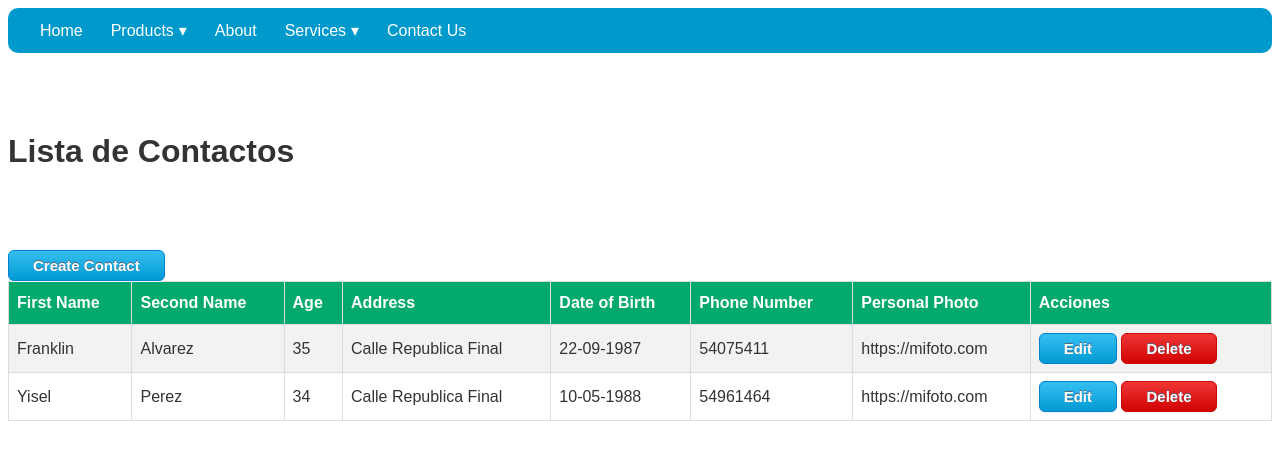
Repository: fgala1619/frontSistGestionBank
Page: index.html
The author's editor kept a copy of each file at every save. The page is drawn from the files as they stood at one save, then again after the next save.
The browser window is 1280 px wide. The pictures show the whole page.

Above is the page before, as saved 2023-07-26 13:37:04.

### index.html
<link rel="stylesheet" href="style.css" />
<link rel="stylesheet" href="menu.css" />

<nav id='menu'>
  <input type='checkbox' id='responsive-menu' onclick='updatemenu()'><label></label>
  <ul>
    <li><a href='http://'>Home</a></li>
    <li><a class='dropdown-arrow' href='http://'>Products</a>
      <ul class='sub-menus'>
        <li><a href='http://'>Products 1</a></li>
        <li><a href='http://'>Products 2</a></li>
        <li><a href='http://'>Products 3</a></li>
        <li><a href='http://'>Products 4</a></li>
      </ul>
    </li>
    <li><a href='http://'>About</a></li>
    <li><a class='dropdown-arrow' href='http://'>Services</a>
      <ul class='sub-menus'>
        <li><a href='http://'>Services 1</a></li>
        <li><a href='http://'>Services 2</a></li>
        <li><a href='http://'>Services 3</a></li>
      </ul>
    </li>
    <li><a href='http://'>Contact Us</a></li>
  </ul>
</nav>




<h1>Lista de Contactos</h1>

<a onclick="createContact()" href="#" class="myButton">Create Contact</a>

<table id="customers">
    <tr>
        <th>First Name</th>
        <th>Second Name</th>
        <th>Age</th>
        <th>Address</th>
        <th>Date of Birth</th>
        <th>Phone Number</th>
        <th>Personal Photo</th>
        <th>Acciones</th>
    </tr>

    <tr>
        <td>Franklin</td>
        <td>Alvarez</td>
        <td>35</td>
        <td>Calle Republica Final</td>
        <td>22-09-1987</td>
        <td>54075411</td>
        <td>https://mifoto.com</td>
        <td>
            <a href="#" class="myButton">Edit</a>
            <a href="#" class="btnDelete">Delete</a>
        </td>
    </tr>

    <tr>
        <td>Yisel</td>
        <td>Perez</td>
        <td>34</td>
        <td>Calle Republica Final</td>
        <td>10-05-1988</td>
        <td>54961464</td>
        <td>https://mifoto.com</td>
        <td>
            <a href="#" class="myButton">Edit</a>
            <a href="#" class="btnDelete">Delete</a>
        </td>
    </tr>
</table>


<!-- Modal -->
<div id="modal" class="modale" aria-hidden="true">
  <div class="modal-dialog">
    <div class="modal-header">
      <h2>Please Login</h2>
      <a onclick="cerrarModal()" href="#" class="btn-close closemodale" aria-hidden="true">&times;</a>
    </div>
    <div class="modal-body">
      <input type="text" name="u" placeholder="User" size="20" /><br>
      <input type="text" name="p" placeholder="&bull;&bull;&bull;&bull;" size="20" /></div>
    <div class="modal-footer">


      <a href="#" class="btn" id="btn_ingresar">Login</a>
    </div>
  </div>
</div>
<!-- /Modal -->


<script>
    function createContact(){
        htmlModal = document.getElementById("modal");
        htmlModal.setAttribute("class", "modale opened");
    }

    function cerrarModal(){
        htmlModal = document.getElementById("modal");
        htmlModal.setAttribute("class", "modale");
    }
</script>

### style.css
#customers {
        font-family: Arial, Helvetica, sans-serif;
        border-collapse: collapse;
        width: 100%;
    }

    #customers td, #customers th {
        border: 1px solid #ddd;
        padding: 8px;
    }

    #customers tr:nth-child(even){background-color: #f2f2f2;}
    #customers tr:hover{background-color:#ddd;}

    #customers th{
        padding-top: 12px;
        padding-bottom: 12px;
        text-align: left;
        background-color: #04AA6D;
        color: white;
    }

    .myButton{
        box-shadow: 0px 1px 0px 0px #f0f7fa;
        background: linear-gradient(to bottom, #33bdef 5%, #019ad2 100%);
        background-color:#33bdef;
        border-radius: 6px;
        border: 1px solid #057fd0;
        display: inline-block;
        cursor: pointer;
        color: #ffffff;
        font-family: Arial;
        font-size: 15px;
        font-weight: bold;
        padding: 6px 24px;
        text-decoration: none;
        text-shadow: 0px -1px 0px #5b6178;
    }
    .myButton:hover{
        background: linear-gradient(to bottom, #019ad2 5%, #33bdef 100%);
        background-color:#019ad2;
    }
    .myButton:active{
        position: relative;
        top: 1px;
    }

    .btnDelete{
        box-shadow: 0px 1px 0px 0px #f0f7fa;
        background: linear-gradient(to bottom, #ed3434 5%, #d10202 100%);
        background-color:#ed3434;
        border-radius: 6px;
        border: 1px solid #cf0606;
        display: inline-block;
        cursor: pointer;
        color: #ffffff;
        font-family: Arial;
        font-size: 15px;
        font-weight: bold;
        padding: 6px 24px;
        text-decoration: none;
        text-shadow: 0px -1px 0px #5b6178;
    }
    .btnDelete:hover{
        background: linear-gradient(to bottom, #d10202 5%, #ed3434 100%);
        background-color:#d10202;
    }
    .btnDelete:active{
        position: relative;
        top: 1px;
    }






    body{
  font-family:sans-serif;
  color:#333;
}
h1{
  margin:80px 0
}
.btn {
  background: #428bca;
  border: #357ebd solid 0px;
  border-radius: 3px;
  color: #fff;
  display: inline-block;
  font-size: 14px;
  padding: 8px 15px;
  text-decoration: none;
  text-align: center;
  min-width: 60px;
  position: relative;
  transition: color .1s ease;
}
.btn:hover {
  background: #357ebd;
}
.btn.btn-big {
  font-size: 18px;
  padding: 15px 20px;
  min-width: 100px;
}
.btn-close {
  color: #aaaaaa;
  font-size: 20px;
  text-decoration: none;
  padding:10px;
  position: absolute;
  right: 7px;
  top: 0;
}
.btn-close:hover {
  color: #919191;
}
.modale:before {
  content: "";
  display: none;
  background: rgba(0, 0, 0, 0.6);
  position: fixed;
  top: 0;
  left: 0;
  right: 0;
  bottom: 0;
  z-index: 10;
}
.opened:before {
  display: block;
}
.opened .modal-dialog {
  -webkit-transform: translate(0, 0);
  -ms-transform: translate(0, 0);
  transform: translate(0, 0);
  top: 20%;
}
.modal-dialog {
  background: #fefefe;
  border: #333333 solid 0px;
  border-radius: 5px;
  margin-left: -200px;
  text-align:center;
  position: fixed;
  left: 50%;
  top: -100%;
  z-index: 11;
  width: 360px;
  box-shadow:0 5px 10px rgba(0,0,0,0.3);
  -webkit-transform: translate(0, -500%);
  -ms-transform: translate(0, -500%);
  transform: translate(0, -500%);
  -webkit-transition: -webkit-transform 0.3s ease-out;
  -moz-transition: -moz-transform 0.3s ease-out;
  -o-transition: -o-transform 0.3s ease-out;
  transition: transform 0.3s ease-out;
}
.modal-body {
  padding: 20px;
}
.modal-body input{
  width:200px;
  padding:8px;
  border:1px solid #ddd;
  color:#888;
  outline:0;
  font-size:14px;
  font-weight:bold
}
.modal-header,
.modal-footer {
  padding: 10px 20px;
}
.modal-header {
  border-bottom: #eeeeee solid 1px;
}
.modal-header h2 {
  font-size: 20px;
}

### menu.css
#menu {
	background: #0099CC;
	color: #FFF;
	height: 45px;
	padding-left: 18px;
	border-radius: 10px;
}
#menu ul, #menu li {
	margin: 0 auto;
	padding: 0;
	list-style: none
}
#menu ul {
	width: 100%;
}
#menu li {
	float: left;
	display: inline;
	position: relative;
}
#menu a {
	display: block;
	line-height: 45px;
	padding: 0 14px;
	text-decoration: none;
	color: #FFFFFF;
	font-size: 16px;
}
#menu a.dropdown-arrow:after {
	content: "\25BE";
	margin-left: 5px;
}
#menu li a:hover {
	color: #0099CC;
	background: #F2F2F2;
}
#menu input {
	display: none;
	margin: 0;
	padding: 0;
	height: 45px;
	width: 100%;
	opacity: 0;
	cursor: pointer
}
#menu label {
	display: none;
	line-height: 45px;
	text-align: center;
	position: absolute;
	left: 35px
}
#menu label:before {
	font-size: 1.6em;
	content: "\2261";
	margin-left: 20px;
}
#menu ul.sub-menus{
	height: auto;
	overflow: hidden;
	width: 170px;
	background: #444444;
	position: absolute;
	z-index: 99;
	display: none;
}
#menu ul.sub-menus li {
	display: block;
	width: 100%;
}
#menu ul.sub-menus a {
	color: #FFFFFF;
	font-size: 16px;
}
#menu li:hover ul.sub-menus {
	display: block
}
#menu ul.sub-menus a:hover{
	background: #F2F2F2;
	color: #444444;
}
@media screen and (max-width: 800px){
	#menu {position:relative}
	#menu ul {background:#111;position:absolute;top:100%;right:0;left:0;z-index:3;height:auto;display:none}
	#menu ul.sub-menus {width:100%;position:static;}
	#menu ul.sub-menus a {padding-left:30px;}
	#menu li {display:block;float:none;width:auto;}
	#menu input, #menu label {position:absolute;top:0;left:0;display:block}
	#menu input {z-index:4}
	#menu input:checked + label {color:white}
	#menu input:checked + label:before {content:"\00d7"}
	#menu input:checked ~ ul {display:block}
}

After the next save:
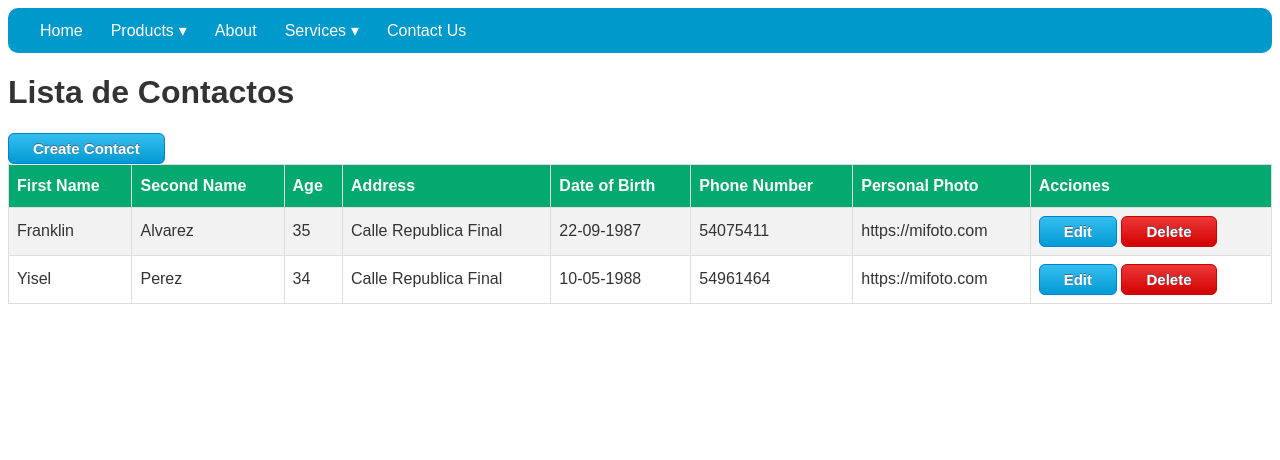
Saved 101 s later.
--- a/style.css
+++ b/style.css
@@ -79,9 +79,7 @@
   font-family:sans-serif;
   color:#333;
 }
-h1{
-  margin:80px 0
-}
+
 .btn {
   background: #428bca;
   border: #357ebd solid 0px;
